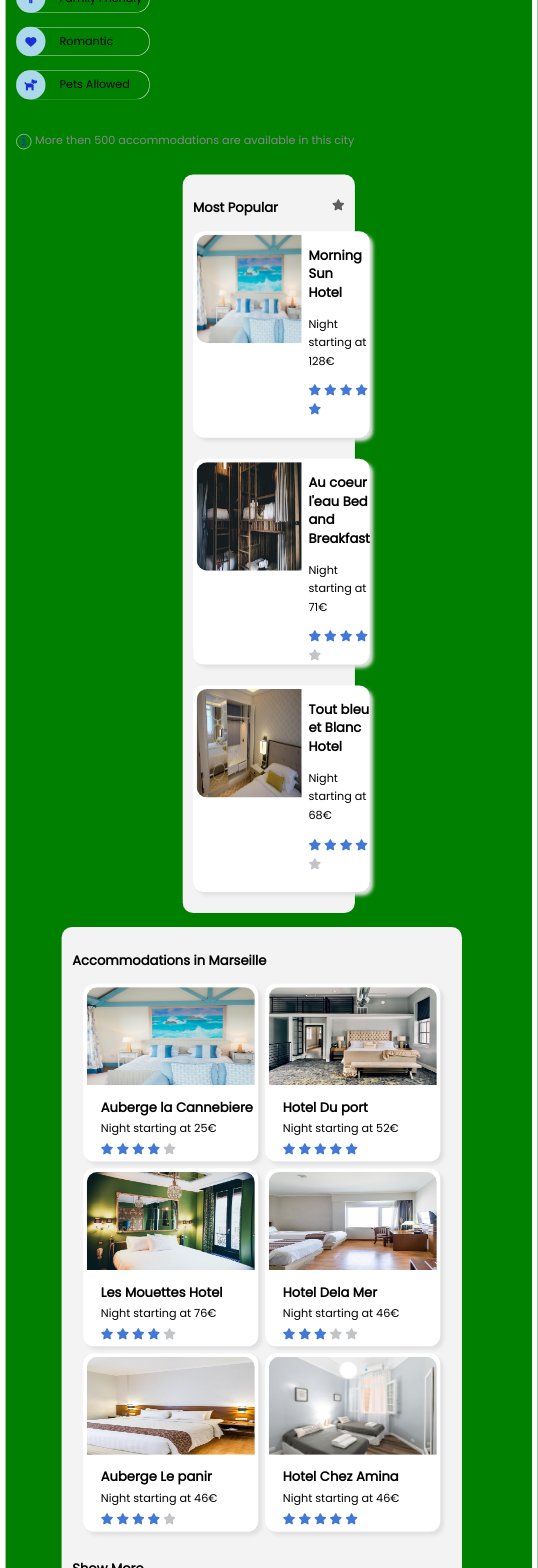
Repository: ailahin/booki
Page: index.html
These files come from the project's save history. The page is drawn as it stood at one moment and after the next save; the edit follows.
The browser window is 768 px wide. The pictures show the part of the page from y = 425 to 2665 px (the page is 6563 px tall before and 6181 px after), at 70% of full size.
Some web fonts or font styles are not loaded; a fallback is used. Some web libraries are served in a nearby version.

Above is the page before, as saved 2023-07-19 03:57:43.

### index.html
<!DOCTYPE html>
<html lang="en">
<head>
    <meta charset="UTF-8">
    <meta http-equiv="X-UA-Compatible" content="IE=edge">
    <meta name="viewport" content="width=device-width, initial-scale=1.0">
    <title>Booki</title>
    <link rel="stylesheet" href="css/index.css">
    <link rel="stylesheet" href="https://fonts.googleapis.com/css?family=Poppins|Sofia|Trirong">

    <!-- Google fronts -->
    <link rel="preconnect" href="https://fonts.googleapis.com">
    <link rel="preconnect" href="https://fonts.gstatic.com" crossorigin>
    <link href="https://fonts.googleapis.com/css2?family=Poppins&display=swap" rel="stylesheet">

    <script src="https://kit.fontawesome.com/a5dfdf2455.js" crossorigin="anonymous"></script>

</head>
<body>
    <header class="body">
        <nav>
            <div class="navbar">
                <div class="booki">
                    <img src="images/logo/Booki.png" alt="">
                </div>

                <div class="nav-flex">
                    <div id="nav-accommodation-text">
                        <a href="">Accommodations</a>
                     </div>
                     <div id="nav-activities-text" class="activities">
                         <a href=""> Activities</a>
                     </div>
               </div>
            </div>
        </nav>
    </header>

   <main class="body">
    <section>
        <div>
            <h3 class="dream-vacation">Find  a place for your dream vacation</h3>
        <p class="downtown"> Downtown or in nature</p>
        </div>

        <div class="search-bar">
            <div class="search-icon"> <i class="fa-solid fa-location-dot"></i> </div>
            <div class="search-place">
                <div class="placeholder">
                <input type="search" name="marseille, France" placeholder="Marseille, France" id="marseille">
            </div>
        </div>
            <div class="search-btn">Search</div>
        </div>

        <div>
            <div class="filters-bar">


                <div class="filters">
                    <div class="filters-text">
                        <H4>Filters</H4>
                    </div>
                    <div class="cost">
                        <div class="filters-icon"> <i class="fa-solid fa-money-bill-wave" style="color: #192fd7;"></i></div>
                        <div class="icon">Low cost</div>
                    </div>

                       <div class="cost">
                        <div class="filters-icon"> <i class="fa-solid fa-person" style="color: #192fd7;"></i></div>
                        <div class="icon">Family Friendly</div>
                       </div>

                       <div class="cost">
                        <div class="filters-icon"> <i class="fa-solid fa-heart" style="color: #192fd7;"></i></div>
                        <div class="icon">Romantic</div>
                       </div>

                       <div class="cost">
                        <div class="filters-icon"> <i class="fa-solid fa-dog" style="color: #192fd7;"></i></div>
                        <div class="icon">Pets Allowed</div>
                       </div>


                </div>
            </div>

           <div>
            <div class="info">
                <div >
                    <i class="fa-solid fa-info" style="color: #192fd7;"></i>
                </div>

                <div>
                    <p> More then 500 accommodations are available in this city</p>
                </div>
            </div>
           </div>
        </div>


    </section>
    <section class="accomodations-details">

        <section class="all-accomodations" >

            <div>
                <h3>Accommodations in Marseille</h3>
            </div>

            <div class="all-accomodations-details">

                <div class="details-container">
                    <div>
                        <img src="images/hebergements/2_large/annie-spratt-Eg1qcIitAuA-unsplash.jpg" alt="">

                    </div>
                    <div class="details-text">
                        <h3>
                            Auberge la Cannebiere
                        </h3>
                        <div>
                            <p>
                                Night starting at 25€
                            </p>
                        </div>
                        <div>
                            <i class="fa-solid fa-star" style="color: #4379d6;"></i>
                            <i class="fa-solid fa-star" style="color: #4379d6;"></i>
                            <i class="fa-solid fa-star" style="color: #4379d6;"></i>
                            <i class="fa-solid fa-star" style="color: #4379d6;"></i>
                            <i class="fa-solid fa-star" style="color: #c2c4c7;"></i>
                        </div>
                    </div>
                </div>

                <div class="details-container">
                    <div><img src="images/hebergements/2_large/aw-creative-VGs8z60yT2c-unsplash.jpg" alt=""></div>
                    <div class="details-text">
                        <h3>Hotel Du port </h3>

                        <div>
                            <p>   Night starting at 52€ </p>
                        </div>
                        <div>
                            <i class="fa-solid fa-star" style="color: #4379d6;"></i>
                            <i class="fa-solid fa-star" style="color: #4379d6;"></i>
                            <i class="fa-solid fa-star" style="color: #4379d6;"></i>
                            <i class="fa-solid fa-star" style="color: #4379d6;"></i>
                            <i class="fa-solid fa-star" style="color: #4379d6;"></i>

                        </div>
                    </div>
                </div>
                <div class="details-container">
                    <div><img src="images/hebergements/2_large/emile-guillemot-Bj_rcSC5XfE-unsplash.jpg" alt=""></div>
                    <div class="details-text">
                        <h3> Les Mouettes Hotel</h3>

                        <div>
                            <p>
                                Night starting at 76€
                            </p>
                            <div>
                                <i class="fa-solid fa-star" style="color: #4379d6;"></i>
                                <i class="fa-solid fa-star" style="color: #4379d6;"></i>
                                <i class="fa-solid fa-star" style="color: #4379d6;"></i>
                                <i class="fa-solid fa-star" style="color: #4379d6;"></i>
                                <i class="fa-solid fa-star" style="color: #c2c4c7;"></i>
                            </div>
                        </div>
                    </div>
                </div>
                <div class="details-container">
                    <div><img src="images/hebergements/2_large/febrian-zakaria-M6S1WvfW68A-unsplash.jpg" alt=""></div>

                    <div class="details-text">
                        <h3>
                                Hotel Dela Mer
                        </h3>
                        <div>
                            <p> Night starting at 46€</p>
                        </div>
                        <div>
                            <i class="fa-solid fa-star" style="color: #4379d6;"></i>
                            <i class="fa-solid fa-star" style="color: #4379d6;"></i>
                            <i class="fa-solid fa-star" style="color: #4379d6;"></i>

                            <i class="fa-solid fa-star" style="color: #c2c4c7;"></i>
                            <i class="fa-solid fa-star" style="color: #c2c4c7;"></i>
                        </div>
                    </div>
                </div>
                <div class="details-container">
                    <div><img src="images/hebergements/2_large/febrian-zakaria-sjvU0THccQA-unsplash.jpg" alt=""></div>

                    <div class="details-text">
                        <h3>Auberge Le panir</h3>
                    </div>
                    <div class="details-text">
                        <p > Night starting at 46€ </p>
                    </div>
                    <div class="details-text">
                        <i class="fa-solid fa-star" style="color: #4379d6;"></i>
                        <i class="fa-solid fa-star" style="color: #4379d6;"></i>
                        <i class="fa-solid fa-star" style="color: #4379d6;"></i>
                        <i class="fa-solid fa-star" style="color: #4379d6;"></i>

                        <i class="fa-solid fa-star" style="color: #c2c4c7;"></i>

                    </div>


                </div>
                <div class="details-container">
                    <div><img src="images/hebergements/2_large/fred-kleber-gTbaxaVLvsg-unsplash.jpg" alt=""></div>

                    <div class="details-text">
                        <h3>Hotel Chez Amina</h3>
                        <div>
                            <p>Night starting at 46€</p>
                        </div>
                        <div>
                            <i class="fa-solid fa-star" style="color: #4379d6;"></i>
                            <i class="fa-solid fa-star" style="color: #4379d6;"></i>
                            <i class="fa-solid fa-star" style="color: #4379d6;"></i>
                            <i class="fa-solid fa-star" style="color: #4379d6;"></i>
                            <i class="fa-solid fa-star" style="color: #4379d6;"></i>

                        </div>
                    </div>


                </div>


            </div>

            <div class="show-more">
                <h3>Show More</h3>
            </div>

        </section>

        <section class="most-popular">

            <div class="most-popular-icon">
                <h3>
                    Most Popular
                </h3>
                <p>
                    <i class="fa-solid fa-star" style="color: #5d5e60" > </i>
                </p>


            </div>

            <div class="most-popular-details">
                <div class="popular-details-container">
                    <div>
                        <img src="images/hebergements/2_large/annie-spratt-Eg1qcIitAuA-unsplash.jpg" alt="">
                    </div>
                    <div class="popular-details-text">
                        <h3>Morning Sun Hotel</h3>
                        <p>Night starting at 128€</p>
                        <div>
                            <div>
                                <i class="fa-solid fa-star" style="color: #4379d6;"></i>
                                <i class="fa-solid fa-star" style="color: #4379d6;"></i>
                                <i class="fa-solid fa-star" style="color: #4379d6;"></i>
                                <i class="fa-solid fa-star" style="color: #4379d6;"></i>
                                <i class="fa-solid fa-star" style="color: #4379d6;"></i>

                            </div>
                        </div>
                    </div>
                </div>
                <div class="popular-details-container" >
                    <div>
                        <img src="images/hebergements/2_large/nicate-lee-kT-ZyaiwBe0-unsplash.jpg" alt="">
                    </div>
                    <div class="popular-details-text">
                        <h3>Au coeur l'eau Bed and Breakfast</h3>
                        <p>Night starting at 71€</p>
                        <div>
                            <i class="fa-solid fa-star" style="color: #4379d6;"></i>
                            <i class="fa-solid fa-star" style="color: #4379d6;"></i>
                            <i class="fa-solid fa-star" style="color: #4379d6;"></i>
                            <i class="fa-solid fa-star" style="color: #4379d6;"></i>
                            <i class="fa-solid fa-star" style="color: #c2c4c7;"></i>

                        </div>
                    </div>
                </div>
                <div class="popular-details-container">
                    <div>
                        <img src="images/hebergements/2_large/reisetopia-B8WIgxA_PFU-unsplash.jpg" alt="">
                    </div>
                    <div class="popular-details-text">
                        <h3>Tout bleu et Blanc Hotel</h3>
                        <p>Night starting at 68€</p>
                        <div>
                            <i class="fa-solid fa-star" style="color: #4379d6;"></i>
                            <i class="fa-solid fa-star" style="color: #4379d6;"></i>
                            <i class="fa-solid fa-star" style="color: #4379d6;"></i>
                            <i class="fa-solid fa-star" style="color: #4379d6;"></i>
                            <i class="fa-solid fa-star" style="color: #c2c4c7;"></i>

                        </div>
                    </div>
                </div>

            </div>



        </section>

    </section>

    <section>
        <div>
            <h1> Activities in Marseille</h1>
        </div>
        <div>
            <div class="activites-images">
                <div class="activites-container" id="one">
                  <div>
                    <img src="images/activites/2_large/reno-laithienne-QUgJhdY5Fyk-unsplash.jpg " alt="">
                  </div>

                  <div class="text-container">
                    <h3>Old Port</h3>
                </div>
                </div>
                <div class="activites-container" id="two">
                    <div>
                        <img src="images/activites/2_large/florian-wehde-xW9e8gdotxI-unsplash.jpg" alt="">
                    </div>
                    <div class="text-container">
                        <h3>Notre-Dame-de-la-Grade</h3>
                    </div>
                </div>
                <div  class="activites-container" id="three">
                    <div>
                        <img src="images/activites/2_large/lena-paulin-wH2-EJoDcV0-unsplash.jpg" alt="">
                    </div>
                    <div class="text-container">
                        <h3>Longchamp Park </h3>
                    </div>
                 </div>
                <div class="activites-container" id="four">
                    <div>
                        <img src="images/activites/2_large/paul-hermann-QFTrLdQIRhI-unsplash.jpg" alt="">
                    </div>

                    <div class="text-container">
                        <h3>Pomegués Fort</h3>
                    </div>
                </div>
                <div class="activites-container" id="five">
                   <div>
                    <img src="images/activites/2_large/kevin-hikari-rV_Qd1l-VXg-unsplash.jpg " alt="">
                   </div>
                   <div class="text-container">
                    <h3> Frioul Island </h3>
                   </div>
                </div>
                <div class="activites-container" id="six">
                    <div>
                        <img src="images/activites/2_large/kilyan-sockalingum-NR8-cBCN3aI-unsplash.jpg" alt="">
                    </div>

                    <div class="text-container">
                        <h3>Calanques National Park</h3>
                    </div>
                </div>
            </div>
        </div>
    </section>
   </main>

    <footer class="footer-main">
        <section>
            <div class="footer">
                <div class="about">
                    <h3> About</h3>
                    <p> Site Map</p>
                    <p>General Terms and Conditions  </p>
                    <p>Data and Privacy </p>


                </div>
                <div class="accommodations">
                    <h3> Our Accommodations</h3>
                    <p>Quality Assistant</p>
                    <p>You have a hotel ?</p>

                </div>

                <div class="assistance">
                        <h3>
                            Assistance
                        </h3>

                        <p>Help Desk</p>
                        <p>Contact Us</p>
                </div>
            </div>
        </section>

    </footer>

</body>
</html>

### css/index.css
.body{
    font-family: "poppins", sans-serif;
    padding-left: 15px;
    padding-right: 15px;
}
.navbar{
    display: flex;
    flex-direction: row;
    justify-content:space-between;
    align-items: center;
}

.nav-flex{
    display:flex;
    padding-left: 20px;
    padding-right: 20px;
    justify-content:space-around;
}
.nav-flex a{
    text-decoration: none;
}
.nav-flex a:hover{
    border-top: 2px solid blue;
    color: blue;
    padding-top: 30px;


}
.dream-vacation{

}
.downtown{
    color: rgb(80, 79, 79);

}
.activities{
    margin-left: 100px;
}

.search-bar{
    display:flex;
    align-items: center;


}
.search-icon{
    display: flex;
    background-color: rgb(232, 233, 234);
    height:38px;
    width: 38px;
    align-items: center;
    justify-content: center;
    border-radius: 10px 0 0 10px;

}
.placeholder input{
   height: 38px;
   border-left: 0px;
   border-right: 0px;
   border: 1px solid rgb(220, 218, 218);
   padding: 10px;
}
.placeholder{


}

 .search-place{


 }



.search-btn{
    background-color: rgb(58, 92, 227);
    color:white;
    height: 22px;
    padding:8px;
    border-radius: 0  10px 10px 0;
}
.filters-bar{
    margin-top: 20px;

}

.cost{
    display: flex;
    border: 1px solid;
    border-left: 0px;
   border-color: rgb(220, 215, 215);
   height: 40px;
   width: 190px;
   align-items: center;
   gap: 20px;
   border-radius: 20px;
}
.filters-icon{
    display: flex;
    background-color: rgb(171, 217, 233);
    height:42px ;
    width: 42px;
    align-items: center;
    border-radius: 100%;
    justify-content: center;
}
.filters{
    display: flex;
    gap: 20px;
}
.filters-text{
   display: flex;
   height: 38px;
   align-items: center;
}

.fa-info{
    display: flex;
    border: 1px rgb(193, 200, 207) solid;
    border-radius: 100%;
    width: 20px;
    height: 20px;
    align-items: center;
    justify-content: center;
}
.info{
    display: flex;
    align-items: center;
    text-align: center;
    gap:5px;
    margin-top: 30px;
}
.info p{
    color: rgb(133, 135, 137);
}

.accomodations-details{
    display: flex;

}
.all-accomodations{
    width: 66%;
    background-color:rgb(243, 243, 243);
    padding: 15px;
    margin-top: 20px;
    margin-right: 20px;
    border-radius: 15px;
}

.show-more{
    padding-top: 20px;
    padding-bottom: 20px;
}
.most-popular{
    width: 34%;
    background-color:rgb(243, 243, 243);
    padding:15px;
    margin-top: 20px;
    border-radius: 15px;
    padding-bottom: 30px;

}
.most-popular-icon{
    display: flex;
    justify-content: space-between;

}
.all-accomodations-details img{
    width: 240px;
    height: 140px;
    border-top-left-radius: 15px;
    border-top-right-radius: 15px;

}
.all-accomodations-details{
   display: grid;
   grid-template-columns: repeat(3, 1fr);
   gap: 10px;

}

.details-container{
    background-color:white;
    padding: 5px;
    border-radius: 15px;
    box-shadow: 5px 5px 5px 0px rgb(226, 225, 225);


}

.details-text {
margin-left: 20px;
line-height: .3cm;
margin-bottom: 5px;


}
.most-popular-details{
    display: grid;
    grid-template-rows: repeat(3, 1fr);
    gap:30px;


}
.popular-details-container img{
    width:150px;
    height: 155px;
    border-top-left-radius: 15px;
    border-bottom-left-radius: 15px;
    margin-top: 2px;
    margin-left: 2px;

}
.popular-details-container{
    display: flex;
    background-color:white;
    padding-top: 3px;
    padding-left: 3px;
    border-radius: 15px;
    box-shadow: 5px 5px 5px 0px rgb(226, 225, 225);
}
.popular-details-text{
    margin-left: 10px;
    line-height: .7cm;

}

.activites-images img{
    width: 100%;
    border-top-left-radius: 15px;
    border-top-right-radius: 15px;



  }

  .activites-images {
    display: grid;
    grid-template-columns: repeat(4, 1fr);
    gap: 30px;
    margin-bottom: 80px;

  }

  .activites-container{
    box-shadow: 0px 5px 5px 0px rgb(239, 238, 238);
    border-bottom-left-radius: 15px;
    border-bottom-right-radius: 15px;
  }


#one{
    grid-row: 1/3;
    grid-row: 1 / 3;

}

#one img{

    height: 472px;

}

.text-container{

    margin-left: 20px;

}

#two{

}
#three{
    grid-column: 2/3;
    grid-row:2/3 ;
}
#three img{
   height: 183px;

}
#four {
    grid-row: 1/3;
    border-top-right-radius: 15px;
}

#four img {

    height: 475px;
}

#five{
    grid-column: 4/5;
    grid-row:1/2 ;
}
#six{
    grid-column: 4/5;
    grid-row:2/3 ;
}

.footer{
    display: flex;
    justify-content: space-between;
    background-color:rgb(243, 243, 243);
    font-family: "poppins", sans-serif;
    margin-right: 200px;
}
.footer p{
    color: rgb(146, 145, 145);
}
.footer-main{
    background-color:rgb(243, 243, 243);
    padding: 15px;

}



 @media only screen and (max-width: 400px){
    .nav-flex{

    }
    .nav-flex a:hover{
        border-bottom: 2px solid blue;
        color: blue;
        padding-top: 1px;
        border-top: 2px white solid;
    }


    }








/* Extra small devices (phones, 600px and down) */
@media only screen and (max-width: 768px) {
    .navbar{
       display: flex;
       flex-wrap: wrap;
       justify-content: center;
       align-items: center;
       margin-bottom: 30px;


    };

    .nav-flex{

    }

    .filters {
        width: 100%;
        display:flex;
        flex-direction: column;
        flex-wrap:wrap;

    }
    .accomodations-details{
        display: flex;
        flex-direction:column-reverse;
        flex-wrap: wrap;
    }
    .all-accomodations{
        width: 100%;
        align-items: center;
        justify-content: center;

    }
    .all-accomodations-details{
        display: flex;
        flex-direction: row;
        flex-wrap: wrap;
        align-items: center;
        justify-content: center;

    }

    .most-popular{
        width: 100%;

    }


    .most-popular-details img{
        width:150px;
        height: 155px;
        border-top-left-radius: 15px;
        border-bottom-left-radius: 15px;
        margin-top: 2px;
        margin-left: 2px;

    }


.footer{
    display: flex;
    flex-direction: column;
}

.activites-images {
   display: flex;
   flex-direction: column-reverse;


}

  }



  /* Small devices (portrait tablets and large phones, 600px and up) */
  @media only screen and (min-width: 768px) and ( max-width: 992px) {
    .body {background: green;}

    .accomodations-details{
        display: flex;
        flex-direction:column-reverse;
        flex-wrap: wrap;
        align-items: center;
        justify-content: center;
    }
    .all-accomodations{
        width: 75%;
        align-items: center;
        justify-content: center;

    }

    .most-popular{
        width: 30%;

    }


    .most-popular-details img{
        width:150px;
        height: 155px;
        border-top-left-radius: 15px;
        border-bottom-left-radius: 15px;
        margin-top: 2px;
        margin-left: 2px;

    }





  }

  /* Medium devices (landscape tablets, 768px and up) */
  @media only screen and (max-width: 1000px) and ( min-width: 600px) {



}

  /* Large devices (laptops/desktops, 992px and up) */
  @media only screen and (min-width: 992px) {


  }

  /* Extra large devices (large laptops and desktops, 1200px and up) */
  @media only screen and (min-width: 1200px) {


  }

After the next save:
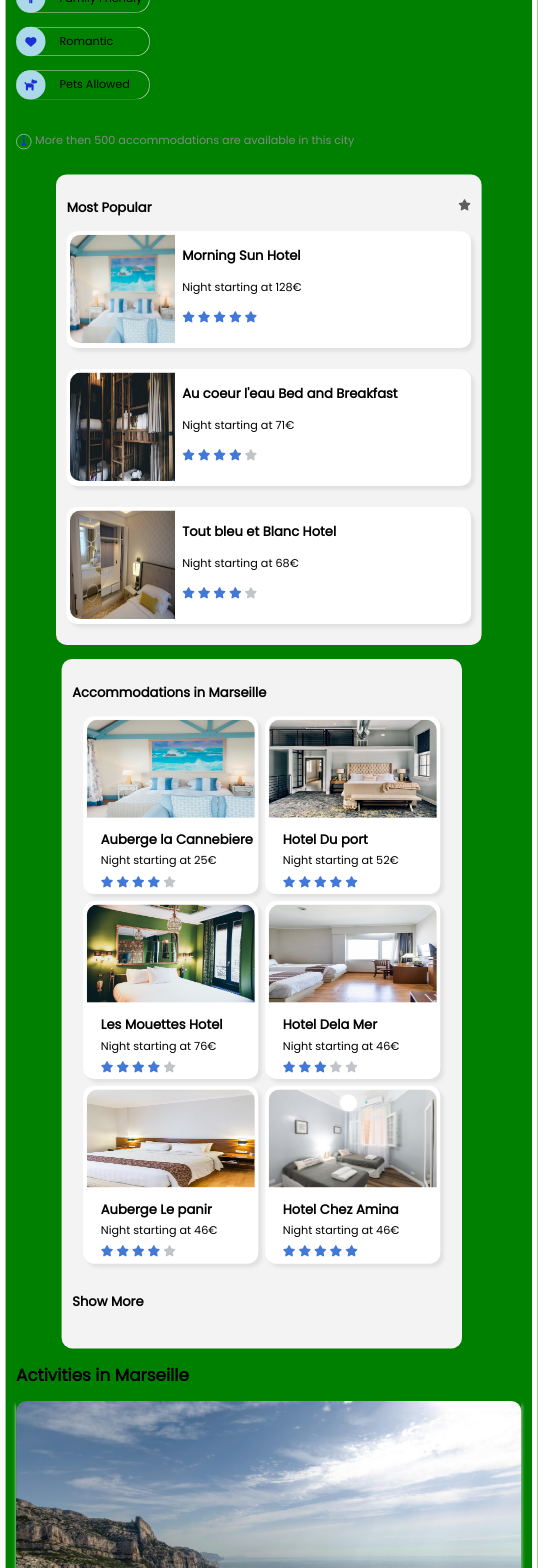
Saved 39 s later.
--- a/css/index.css
+++ b/css/index.css
@@ -431,7 +431,7 @@ margin-bottom: 5px;
     }
 
     .most-popular{
-        width: 30%;
+        width: 80%;
 
     }
 
